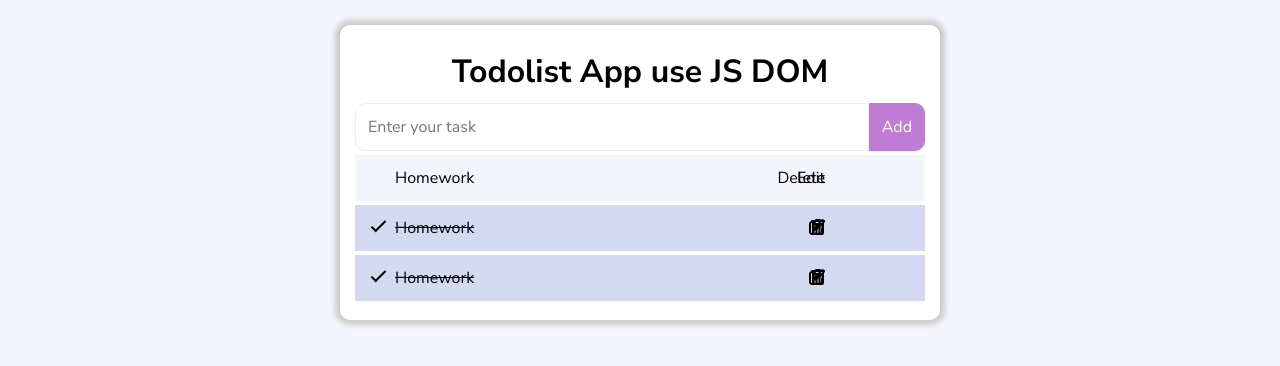
Repository: anhquan74-dev/todolist_app
Page: index.html
These files come from the project's save history. The page is drawn as it stood at one moment and after the next save; the edit follows.
The browser window is 1280 px wide. The pictures show the whole page.
Some web libraries are served in a nearby version.

Above is the page before, as saved 2022-07-21 16:27:15.

### index.html
<!DOCTYPE html>
<html lang="en">
  <head>
    <meta charset="UTF-8" />
    <meta http-equiv="X-UA-Compatible" content="IE=edge" />
    <meta name="viewport" content="width=device-width, initial-scale=1.0" />
    <title>TodoList Web Application</title>
    <link rel="stylesheet" href="style.css" />
    <link
      rel="stylesheet"
      href="https://cdnjs.cloudflare.com/ajax/libs/font-awesome/6.1.1/css/all.min.css"
      integrity="sha512-KfkfwYDsLkIlwQp6LFnl8zNdLGxu9YAA1QvwINks4PhcElQSvqcyVLLD9aMhXd13uQjoXtEKNosOWaZqXgel0g=="
      crossorigin="anonymous"
      referrerpolicy="no-referrer"
    />
  </head>
  <body>
    <div class="todo-app">
      <h1>Todolist App use JS DOM</h1>
      <div class="form-control">
        <input id="input-text" type="text" placeholder="Enter your task" />
        <button class="add-btn">Add</button>
      </div>
      <ul id="list-item">
        <li class="item">
          Homework
          <a class="edit-btn">Edit</a>
          <a class="delete-btn">Delete</a>
        </li>
        <li class="item checked">
          Homework
          <span class="delete-btn"><i class="fa-solid fa-pen-to-square"></i></i></span>
          <span class="delete-btn"><i class="fa-solid fa-trash-can"></i></span>
        </li>
        <li class="item checked">
          Homework
          <span class="delete-btn"><i class="fa-solid fa-pen-to-square"></i></i></span>
          <span class="delete-btn"><i class="fa-solid fa-trash-can"></i></span>
        </li>
      </ul>
    </div>
    <script src="main.js"></script>
  </body>
</html>

### style.css
@import url('https://fonts.googleapis.com/css2?family=Nunito+Sans:ital,wght@0,300;0,400;0,600;0,700;0,800;0,900;1,300;1,400;1,600;1,700;1,800;1,900&display=swap');

*, *::after, *::before {
    margin: 0;
    padding: 0;
    box-sizing: border-box;
}
button, input,
body {
    font-family: 'Nunito Sans', sans-serif;
    background-color: #f3f5fc;
}

input {
    background-color: white;
}

.todo-app {
    background-color: white;
    max-width: 600px;
    margin: 25px auto;
    border-radius: 10px;
    padding: 15px;
    box-shadow: 0px 0px 5px 5px #ccc;
}

h1 {
    text-align: center;
    margin: 10px;
}

.form-control {
    display: flex;
    align-items: center;
}

#input-text {
    font-size: 16px;
    padding: 12px;
    width: 100%;
    outline: none;
    border: 1px solid #eee;
    border-radius: 10px 0px 0px 10px;
}

.add-btn {
    font-size: 16px;
    padding: 12px;
    outline: none;
    border: 1px solid #c07cd4;
    border-radius: 0px 10px 10px 0px;
    cursor: pointer;
    background-color: #c07cd4;
    color: white;
}

.add-btn:hover {
    background-color: #a13bc0;
    border: 1px solid #a13bc0;
}

.list-item {
    list-style-type:none;
    margin-top: 20px;
}

.item {
    padding: 12px 12px 12px 40px;
    background-color: #f3f5fc;
    margin:4px 0;
    position: relative;
    overflow: hidden;
    cursor: pointer;
}

.edit-btn {
    position: absolute;
    top: 50%;
    transform: translateY(-50%);
    right: 100px;
}

.delete-btn {
    position: absolute;
    top: 50%;
    transform: translateY(-50%);
    right: 100px;
}

.item:hover  span{
    opacity: 1;
    transform: translateX(-100%);
}

.item span:hover {
    background-color: rgba(216, 29, 29, 0.795);
}

li.checked {
    background-color: #d2d9f0;
    text-decoration: line-through;
}

ul li.checked::before {
    content: '';
    position: absolute;
    border-color: black;
    border-style: solid;
    border-width: 0 2px 2px 0;
    top: 12px;
    left: 20px;
    transform: rotate(45deg);
    height: 15px;
    width: 7px;
  }

### main.js
var list = document.querySelector("ul");
list.addEventListener("click", function (ev) {
  if (ev.target.nodeName === "LI") {
    ev.target.classList.toggle("checked");
  }
});

var close = document.getElementsByClassName("close-btn");
var i;
for (i = 0; i < close.length; i++) {
  close[i].onclick = function () {
    var div = this.parentElement;
    div.style.display = "none";
  };
}
//
function newElement() {
  var li = document.createElement("li");
  var inputValue = document.getElementById("input-text").value;
  var t = document.createTextNode(inputValue);
  li.appendChild(t);
  li.className = "item";
  if (inputValue === "") {
    alert("You must write something!");
  } else {
    document.getElementById("list-item").appendChild(li);
  }
  document.getElementById("input-text").value = "";

  var span = document.createElement("SPAN");
  span.className = "close-btn";
  span.innerHTML = '<i class="fa-solid fa-trash-can">';
  li.appendChild(span);

  for (i = 0; i < close.length; i++) {
    close[i].onclick = function () {
      var div = this.parentElement;
      div.style.display = "none";
    };
  }
}

After the next save:
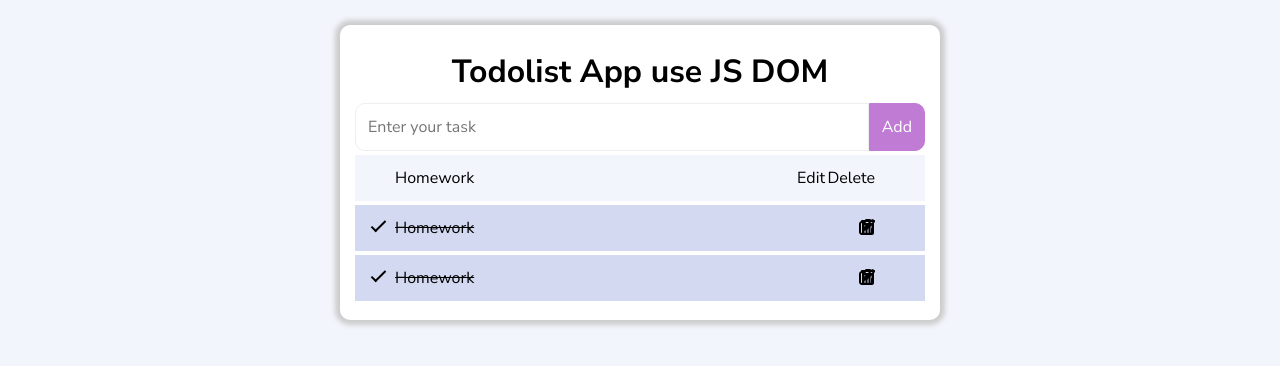
Saved 6 s later.
--- a/style.css
+++ b/style.css
@@ -84,7 +84,7 @@ h1 {
     position: absolute;
     top: 50%;
     transform: translateY(-50%);
-    right: 100px;
+    right: 50px;
 }
 
 .item:hover  span{
